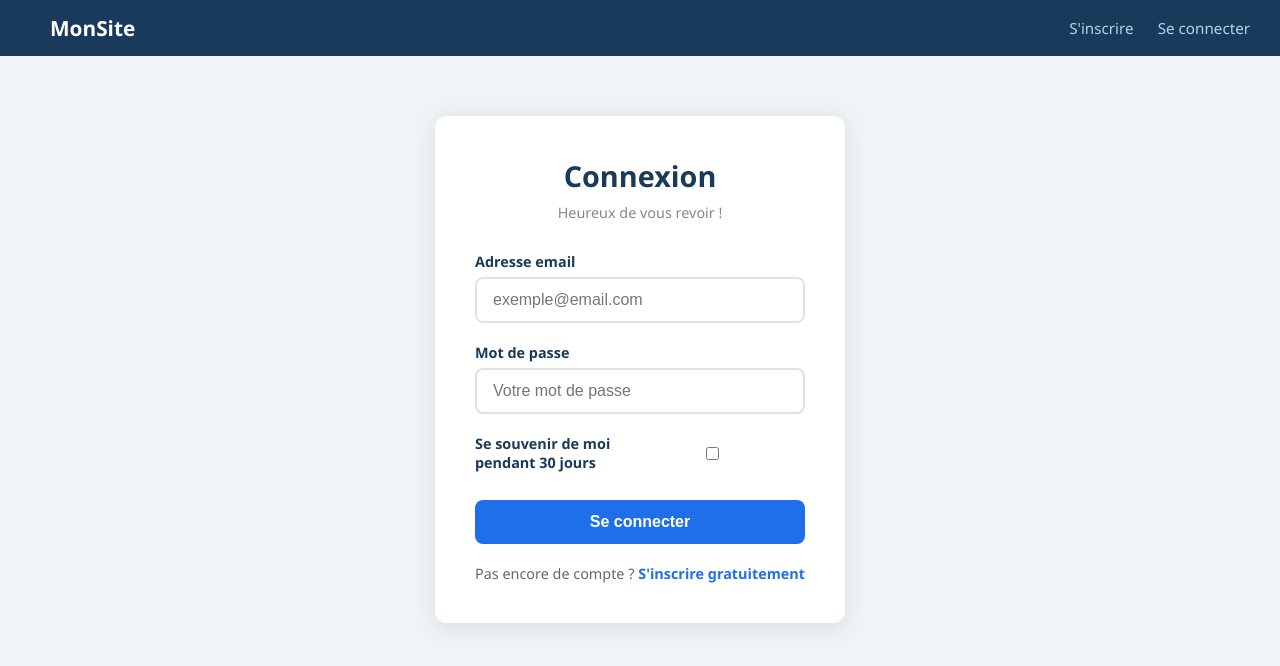
Repository: Hashidaru978/tp-php-mySQL
Page: http://localhost/dossierP/connexion.php
An editor plug-in stored every save of this project. The page is shown before and after the next save, followed by the edit.
The browser window is 1280 px wide. The pictures show the whole page.
The page is run by PHP 8.4 with error messages shown; the project is at /var/www/html/.

Above is the page before, as saved 2026-05-21 00:12:41.

After the next save:
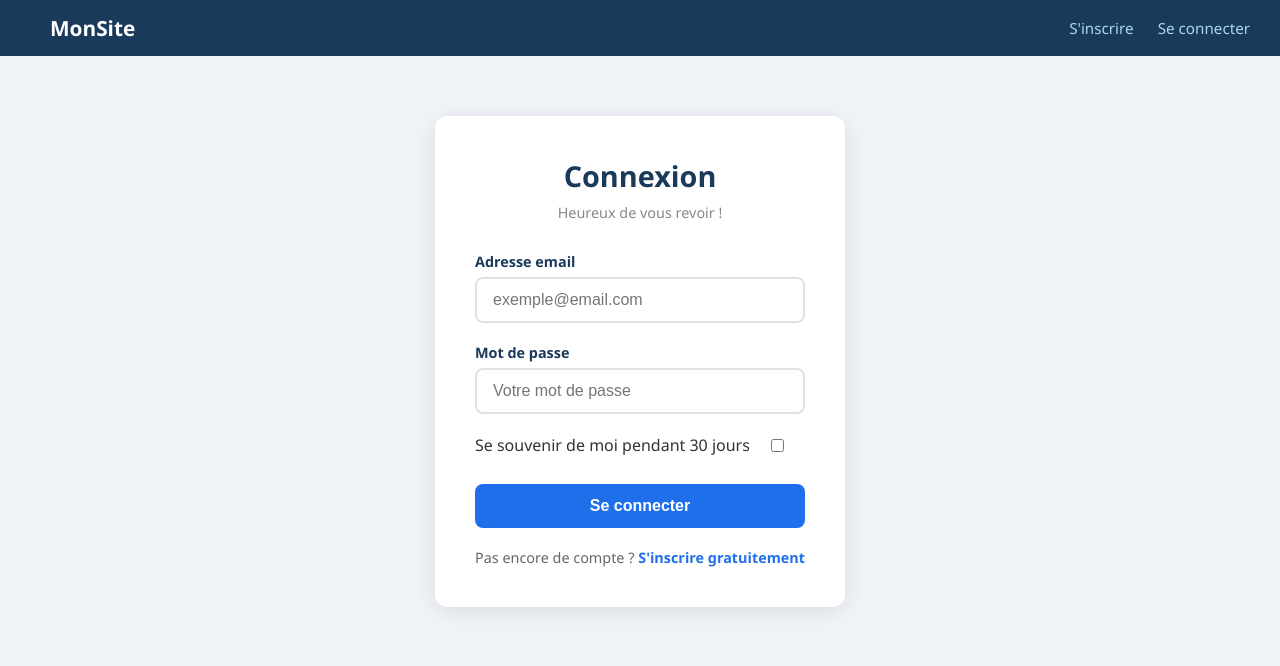
Saved 4 min 18 s later.
--- a/connexion.php
+++ b/connexion.php
@@ -131,19 +131,20 @@ if (!empty($_SESSION['utilisateur_id'])) {
 
         <div
             class="form-group"
-            style="display:flex; justify-content:space-between; align-items:center;"
+            style="display:flex; align-items:center; justify-content:space-between;"
         >
 
-            <label for="souvenir" style="margin:0;">
+            <span style="white-space:nowrap;">
 
                 Se souvenir de moi pendant 30 jours
 
-            </label>
+            </span>
 
             <input
                 type="checkbox"
                 name="souvenir"
                 id="souvenir"
+                style="margin:0;"
             >
 
         </div>
